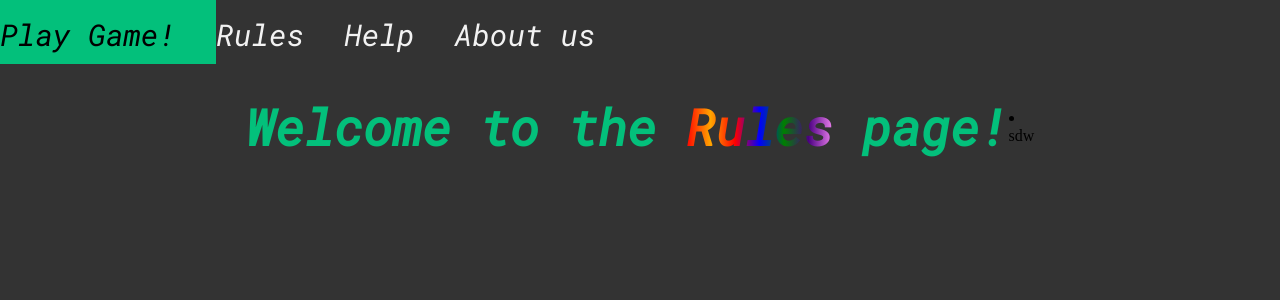
Repository: Ascendrospyder/rock-paper-scissors
Page: rulesPage.html
The author's editor kept a copy of each file at every save. The page is drawn from the files as they stood at one save, then again after the next save.
The browser window is 1280 px wide. The pictures show the whole page.

Above is the page before, as saved 2022-12-26 12:01:09.

### rulesPage.html
<!DOCTYPE html>
<html lang="en">
<head>
    <meta charset="UTF-8">
    <meta http-equiv="X-UA-Compatible" content="IE=edge">
    <meta name="viewport" content="width=device-width, initial-scale=1.0">
    <title>Rules</title>
    <link rel="preconnect" href="https://fonts.googleapis.com"><link rel="preconnect" href="https://fonts.gstatic.com" crossorigin><link href="https://fonts.googleapis.com/css2?family=Roboto+Mono:ital@1&display=swap" rel="stylesheet">
    <link rel = "stylesheet" href="./css/style.css">
    <link rel = "stylesheet" href="./css/navbar.css">
</head>
<body>
    <nav>
        <div class = "nav-bar">
          <a class = "play-game" href = "app.html">Play Game!</a>
          <a class = "game-rules" href = "rulesPage.html">Rules</a>
          <a class = "help" href = "helpPage.html">Help</a>
          <a class = "about" href= "aboutPage.html">About us</a>
        </div>
      </nav>

    <div class = "title">
        <h1 class = "heading">Welcome to the <span class = "multicoloured-text">Rules</span> page!</h1>
        <li>
            <ol>sdw</ol>
        </li>
    </div>
</body>
</html>

### css/style.css
/* The following code will remove the whitespace at the top of the browser */
* {
  margin: 0;
  padding: 0;
  border: 0;
  outline: 0;
  font-size: 100%;
  vertical-align: baseline;
  background: transparent;
}

body {
  background-color: #333;
}

.title {
  margin-bottom: 100px;
  display: flex;
  justify-content: center;
  align-items: center;
  margin-bottom: 300px;
}

.heading {
  font-size: 50px;
  color : #03c07b;
  font-family: 'Roboto Mono', monospace;
}

.multicoloured-text {
  background-image: linear-gradient(to left, violet, indigo, green, blue, red, orange, red);
  -webkit-background-clip: text;
  -moz-background-clip: text;
  background-clip: text;
  color: transparent;
}

.prompt {
  /* border : 2px solid black;  */
  display : flex;
  justify-content: flex-start;
  margin-bottom: 20px;
}

.prompt-message {
  font-size: 30px;
  color : #03c07b;
  font-family: 'Roboto Mono', monospace;
}
.results {
  border: 5px solid rgb(40, 40, 40);
  flex-wrap: wrap;
  display : flex;
  justify-content: space-between;
  margin-bottom: 15px;
}


.results > button {
  flex : 1 1 0;
  background-color: #333;
  color: white;
  font-size: 30px;
  font-family: 'Roboto Mono', monospace;
  transition: background-color 0.3s;
}

button {
  padding-top: 40px;
  padding-bottom: 40px;
}

button:hover {
  background-color: #03c07b;
  color: black;
}

### css/navbar.css
.nav-bar {
  /* border : 10px solid black;  */
  background-color : #333;
  overflow: hidden;
  margin-bottom: 30px;
  /* padding-left: 20px; */
}

.nav-bar a {
  font-family: 'Roboto Mono', monospace;
  text-decoration: none;
  float : left;
  color : #f2f2f2;
  text-align: center;
  font-size: 30px;
  padding-right: 40px;
  padding-top: 15px;
  padding-bottom: 10px;
  transition: background-color 0.8s;
}

.nav-bar a:hover {
  background-color: #03c07b;
  color: black;
}

.nav-bar a:active {
  background-color: #03c07b;
  color : white;
}

After the next save:
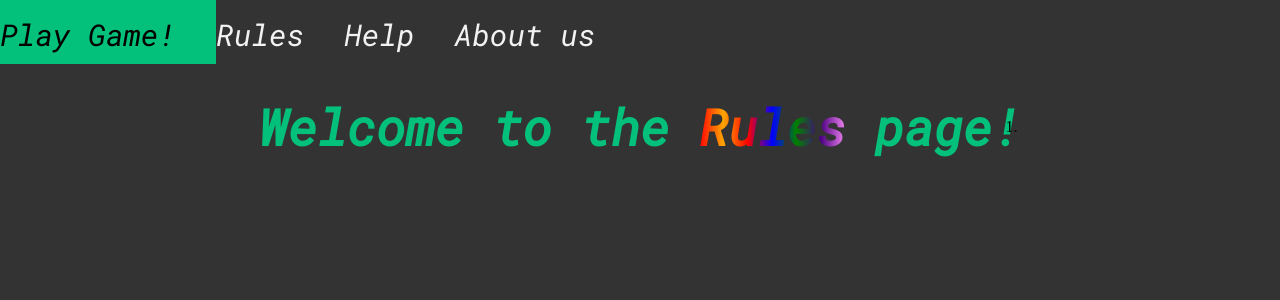
Saved 48 s later.
--- a/rulesPage.html
+++ b/rulesPage.html
@@ -21,9 +21,9 @@
 
     <div class = "title">
         <h1 class = "heading">Welcome to the <span class = "multicoloured-text">Rules</span> page!</h1>
-        <li>
-            <ol>sdw</ol>
-        </li>
+        <ol>
+            <li></li>
+        </ol>
     </div>
 </body>
 </html>
